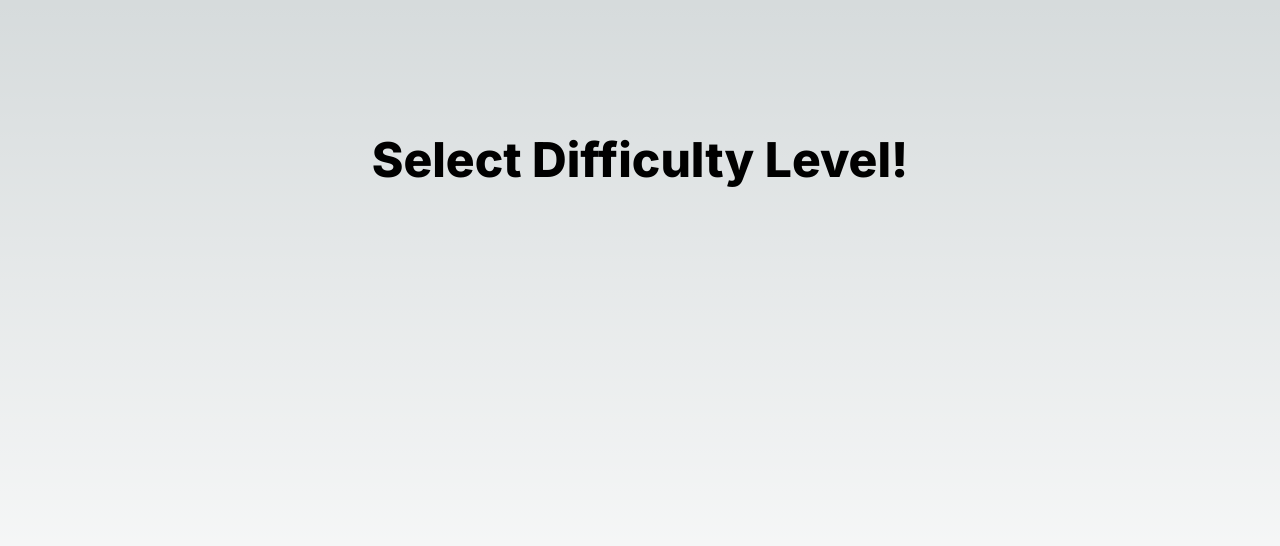
Repository: badhon252/sudoku
Page: /
These files come from the project's save history. The page is drawn as it stood at one moment and after the next save; the edit follows.
The browser window is 1280 px wide. The pictures show the whole page.
The project was rebuilt for these pictures with package versions that can differ from the ones it lists, and the page was loaded fresh each time. The framework's server and built-in components were replaced by stand-ins that run in the browser. Also part of the build but not shown: next.config.js.

Above is the page before, as saved 2023-06-05 19:23:09.

### app/page.tsx

export default function Home() {
  return (
    <main className="flex min-h-screen flex-col items-center justify-between p-24">
      <h1 className="text-5xl font-extrabold my-10">Select Difficulty Level! </h1>

    </main>
  )
}

### app/components/Sudoku.tsx
import React from 'react'

export default function Sudoku() {
  return (
    <div>Sudoku</div>
  )
}

Loaded but not shown: app/layout.tsx (common file); app/globals.css (common file); tailwind.config.js (common file)

After the next save:
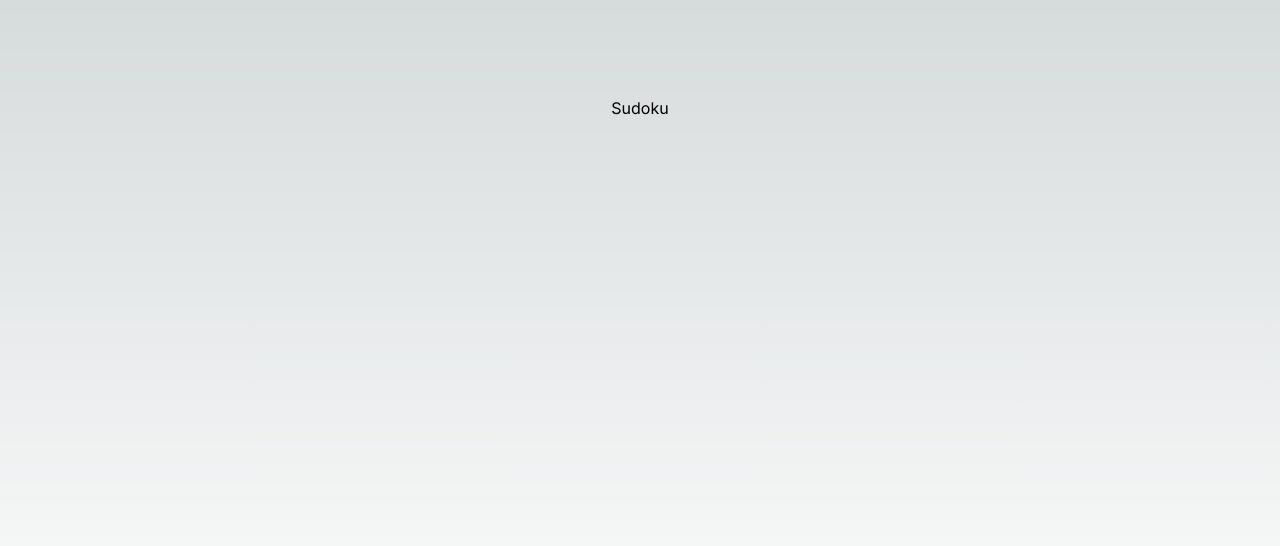
Saved 21 s later.
--- a/app/page.tsx
+++ b/app/page.tsx
@@ -1,9 +1,9 @@
+import Sudoku from "./components/Sudoku";
 
 export default function Home() {
   return (
     <main className="flex min-h-screen flex-col items-center justify-between p-24">
-      <h1 className="text-5xl font-extrabold my-10">Select Difficulty Level! </h1>
-
+    <Sudoku />
     </main>
   )
 }
